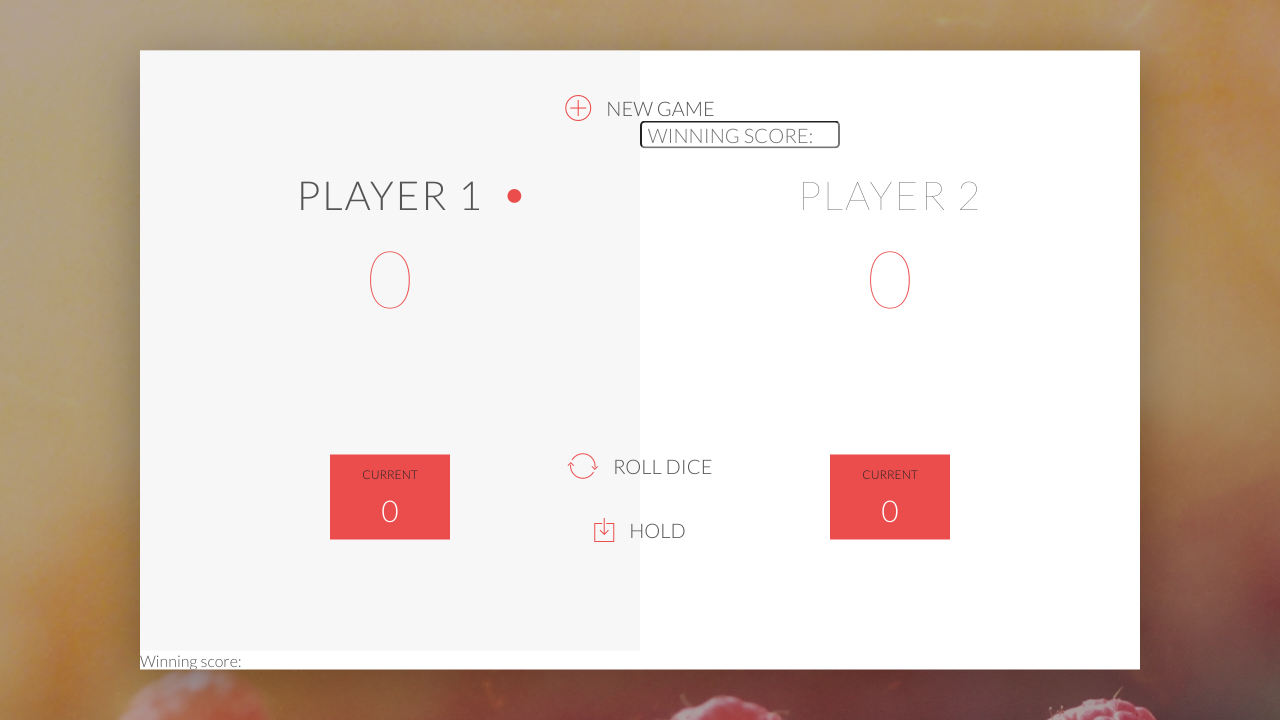
Repository: hexanek/hexanek.github.io
Page: pig-game/index.html
These files come from the project's save history. The page is drawn as it stood at one moment and after a run of saves; the edit follows.
The browser window is 1280 px wide. The pictures show the whole page.

Above is the page before, as saved 2019-12-19 23:57:08.

### pig-game/index.html
<!DOCTYPE html>
<html lang="en">
    <head>
        <meta charset="UTF-8">
        <link href="https://fonts.googleapis.com/css?family=Lato:100,300,600" rel="stylesheet" type="text/css">
        <link href="http://code.ionicframework.com/ionicons/2.0.1/css/ionicons.min.css" rel="stylesheet" type="text/css">
        <link type="text/css" rel="stylesheet" href="style.css">

        <title>Pig Game</title>
    </head>

    <body>
        <div class="wrapper clearfix">
            <div class="player-0-panel active">
                <div class="player-name" id="name-0">Player 1</div>
                <div class="player-score" id="score-0">43</div>
                <div class="player-current-box">
                    <div class="player-current-label">Current</div>
                    <div class="player-current-score" id="current-0">11</div>
                </div>
            </div>

            <div class="player-1-panel">
                <div class="player-name" id="name-1">Player 2</div>
                <div class="player-score" id="score-1">72</div>
                <div class="player-current-box">
                    <div class="player-current-label">Current</div>
                    <div class="player-current-score" id="current-1">0</div>
                </div>
            </div>

            <button class="btn-new"><i class="ion-ios-plus-outline"></i>New game</button>
            <button class="btn-roll"><i class="ion-ios-loop"></i>Roll dice</button>
            <button class="btn-hold"><i class="ion-ios-download-outline"></i>Hold</button>
            <!-- <button class="btn-save" form="formScore"><i class="ion-archive"></i>Save</button> -->
            <!-- <form class="form-score" id="formScore"> -->
            Winning score: <input class="input-score" type="number" name="WinningScore" placeholder="Winning score: " id="winScore">
            <!-- </form> -->
            <img src="dice-5.png" alt="Dice" class="dice">
            <img src="dice-5.png" alt="Dice2" class="dice2" id="dice2">

        </div>

        <script src="app.js"></script>
    </body>
</html>

### pig-game/style.css
/**********************************************
*** GENERAL
**********************************************/

* {
    margin: 0;
    padding: 0;
    box-sizing: border-box;

}

.clearfix::after {
    content: "";
    display: table;
    clear: both;
}

body {
    background-image: linear-gradient(rgba(62, 20, 20, 0.4), rgba(62, 20, 20, 0.4)), url(back.jpg);
    background-size: cover;
    background-position: center;
    font-family: Lato;
    font-weight: 300;
    position: relative;
    height: 100vh;
    color: #555;
}

.wrapper {
    width: 1000px;
    position: absolute;
    top: 50%;
    left: 50%;
    transform: translate(-50%, -50%);
    background-color: #fff;
    box-shadow: 0px 10px 50px rgba(0, 0, 0, 0.3);
    overflow: hidden;
}

.player-0-panel,
.player-1-panel {
    width: 50%;
    float: left;
    height: 600px;
    padding: 100px;
}



/**********************************************
*** PLAYERS
**********************************************/

.player-name {
    font-size: 40px;
    text-align: center;
    text-transform: uppercase;
    letter-spacing: 2px;
    font-weight: 100;
    margin-top: 20px;
    margin-bottom: 10px;
    position: relative;
}

.player-score {
    text-align: center;
    font-size: 80px;
    font-weight: 100;
    color: #EB4D4D;
    margin-bottom: 130px;
}

.active { background-color: #f7f7f7; }
.active .player-name { font-weight: 300; }

.active .player-name::after {
    content: "\2022";
    font-size: 47px;
    position: absolute;
    color: #EB4D4D;
    top: -7px;
    right: 10px;

}

.player-current-box {
    background-color: #EB4D4D;
    color: #fff;
    width: 40%;
    margin: 0 auto;
    padding: 12px;
    text-align: center;
}

.player-current-label {
    text-transform: uppercase;
    margin-bottom: 10px;
    font-size: 12px;
    color: #222;
}

.player-current-score {
    font-size: 30px;
}

button {
    position: absolute;
    width: 200px;
    left: 50%;
    transform: translateX(-50%);
    color: #555;
    background: none;
    border: none;
    font-family: Lato;
    font-size: 20px;
    text-transform: uppercase;
    cursor: pointer;
    font-weight: 300;
    transition: background-color 0.3s, color 0.3s;
}


button:hover { font-weight: 600; }
button:hover i { margin-right: 20px; }

button:focus {
    outline: none;
}

i {
    color: #EB4D4D;
    display: inline-block;
    margin-right: 15px;
    font-size: 32px;
    line-height: 1;
    vertical-align: text-top;
    margin-top: -4px;
    transition: margin 0.3s;
}

.btn-new { top: 45px;}
.btn-roll { top: 403px;}
.btn-hold { top: 467px;}
.btn-save {
    left: 90%;
    top: 45px;
}
/* .input-score {
     top: 83px;
     position: absolute;
    width: 53px;
    left: 50%;
    transform: translateX(-50%);
    color: #555;
    background: none;
    border-radius: 5px;
    font-family: Lato;
    font-size: 20px;
    text-transform: uppercase;
    cursor: default;
    font-weight: 300;
    transition: background-color 0.3s, color 0.3s;
    } */
.input:focus{
    border: 3px solid #555;
}
/* .form-score{
    top: 45px;
     position: absolute;
    width: 240px;
    left: 73%;
    transform: translateX(-50%);
    color: #555;
    background: none;
    border-radius: 5px;
    font-family: Lato;
    font-size: 20px;
    text-transform: uppercase;
    cursor: default;
    font-weight: 300;
    transition: background-color 0.3s, color 0.3s;
} */
.input-score {
    position: absolute;
    top: 70px;
    left: 50%;
    text-align: center;
    width: 200px;
    color: #555;
    background: none;
    border-radius: 5px;
    font-family: Lato;
    font-size: 20px;
    text-transform: uppercase;
    cursor: default;
    font-weight: 300;
    transition: background-color 0.3s, color 0.3s;
}

.dice {
    position: absolute;
    left: 55%;
    top: 178px;
    transform: translateX(-50%);
    height: 100px;
    box-shadow: 0px 10px 60px rgba(0, 0, 0, 0.10);
}
.dice2 {
    position: absolute;
    left: 45%;
    top: 178px;
    transform: translateX(-50%);
    height: 100px;
    box-shadow: 0px 10px 60px rgba(0, 0, 0, 0.10);
}

.winner { background-color: #f7f7f7; }
.winner .player-name { font-weight: 300; color: #EB4D4D; }

### pig-game/app.js

var scores, roundScore, activePlayer, gamePlaying, doubleSix, winScore, dice2, doubleSix2;
    init();



document.querySelector('.btn-roll').addEventListener('click', function(){
    if(gamePlaying){
    var dice = Math.floor(Math.random() * 6) + 1;
    var dice2 = Math.floor(Math.random() * 6) + 1;


    var diceDom = document.querySelector('.dice');
    diceDom.style.display = 'block';
    diceDom.src = 'dice-' + dice + '.png';

    var dice2Dom = document.querySelector('.dice2');
    dice2Dom.style.display = 'block';
    dice2Dom.src = 'dice-' + dice2 + '.png';

    if((dice === 6 && doubleSix === 6) || (dice2 === 6 && doubleSix2 === 6)){

        scores[activePlayer] = 0;
        document.querySelector('#score-' + activePlayer).textContent = scores[activePlayer];
        nextPlayer();
    }

    else if(dice !== 1 && doubleSix !== dice && doubleSix !== dice2) {

        roundScore += dice;
        roundScore += dice2;
        document.querySelector('#current-' + activePlayer).textContent = roundScore;

    } else {

        nextPlayer();


    }
    doubleSix = dice;
    doubleSix2 = dice2;

}


});




document.querySelector('.btn-hold').addEventListener('click', function(){
    if(gamePlaying){
    scores[activePlayer] += roundScore;
    document.querySelector('#score-' + activePlayer).textContent = scores[activePlayer];


    if (scores[activePlayer] >= winScore) {
        document.getElementById('name-' + activePlayer).textContent = 'Winner!';
        document.querySelector('.player-'+activePlayer+ '-panel').classList.add('winner');
        document.querySelector('.player-'+activePlayer+ '-panel').classList.remove('active');
        document.querySelector('.dice').style.display = 'none';
        document.querySelector('.dice2').style.display = 'none';
        gamePlaying = false;


    } else {
        nextPlayer();

    }
}
});

document.querySelector('.btn-new').addEventListener('click',  init);


function nextPlayer(){
    activePlayer === 0 ? activePlayer = 1 : activePlayer = 0;
        roundScore = 0;
        document.getElementById('current-0').textContent = '0';
        document.getElementById('current-1').textContent = '0';

        document.querySelector('.player-0-panel').classList.toggle('active');
        document.querySelector('.player-1-panel').classList.toggle('active');

        document.querySelector('.dice').style.display = 'none';
        document.querySelector('.dice2').style.display = 'none';
}

function init(){
    scores = [0,0];
    roundScore = 0;
    activePlayer = 0;
    gamePlaying = true;

    document.querySelector('.dice').style.display = 'none';
    document.querySelector('.dice2').style.display = 'none';

    //document.querySelector('#current-'+ activePlayer).textContent = dice;
    document.getElementById('score-0').textContent = '0';
    document.getElementById('score-1').textContent = '0';
    document.getElementById('current-0').textContent = '0';
    document.getElementById('current-1').textContent = '0';
    document.getElementById('name-0').textContent = 'Player 1';
    document.getElementById('name-1').textContent = 'Player 2';
    document.querySelector('.player-0-panel').classList.remove('winner');
    document.querySelector('.player-1-panel').classList.remove('winner');
    document.querySelector('.player-0-panel').classList.remove('active');
    document.querySelector('.player-1-panel').classList.remove('active');
    document.querySelector('.player-0-panel').classList.add('active');
    winScore = document.getElementById('winScore').value;


}

After the next 2 saves:
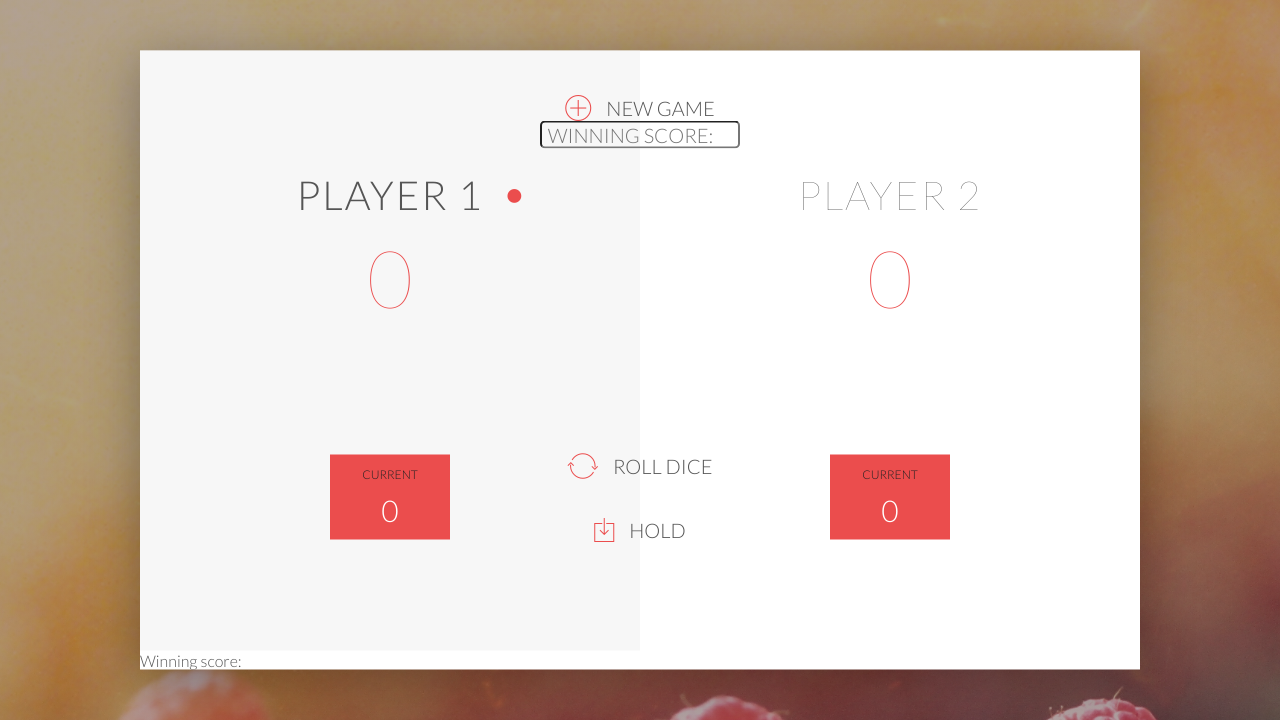
The 2 saves are shown as one change because they came seconds apart.
The last was saved 12 s later.
--- a/pig-game/style.css
+++ b/pig-game/style.css
@@ -183,7 +183,7 @@ i {
 .input-score {
     position: absolute;
     top: 70px;
-    left: 50%;
+    left: 40%;
     text-align: center;
     width: 200px;
     color: #555;
